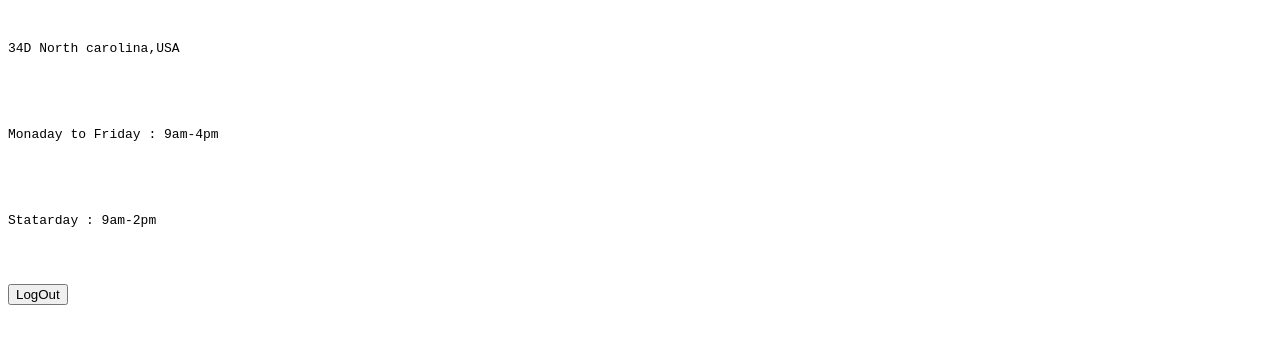
Repository: MyselfAman/Login_Page_Servlet
Page: http://localhost/Login_Page/About_Us.jsp
The author's editor kept a copy of each file at every save. The page is drawn from the files as they stood at one save, then again after the next save.
The browser window is 1280 px wide. The pictures show the whole page.
The page is served by Tomcat 9. The session is filled in as if someone had signed in: {"name": "Test User"}. Other server files are loaded and not shown.

Above is the page before, as saved 2019-08-08 05:37:34.

### Login_Page/WebContent/About_Us.jsp
<%@ page language="java" contentType="text/html; charset=ISO-8859-1"
    pageEncoding="ISO-8859-1"%>
<!DOCTYPE html>
<html>
<head>
<meta charset="ISO-8859-1">
<title>Insert title here</title>
</head>
<body>
<%
	if(session.getAttribute("name")==null)
	{
		response.sendRedirect("login.jsp");
	}
%>

<pre>
	<p>34D North carolina,USA</p><br>
	<p>Monaday to Friday : 9am-4pm</p><br>
	<p>Statarday : 9am-2pm</p><br>
</pre>

<form action="Logout">
<input type="submit" value="LogOut">
</form>

</body>

</html>

After the next save:
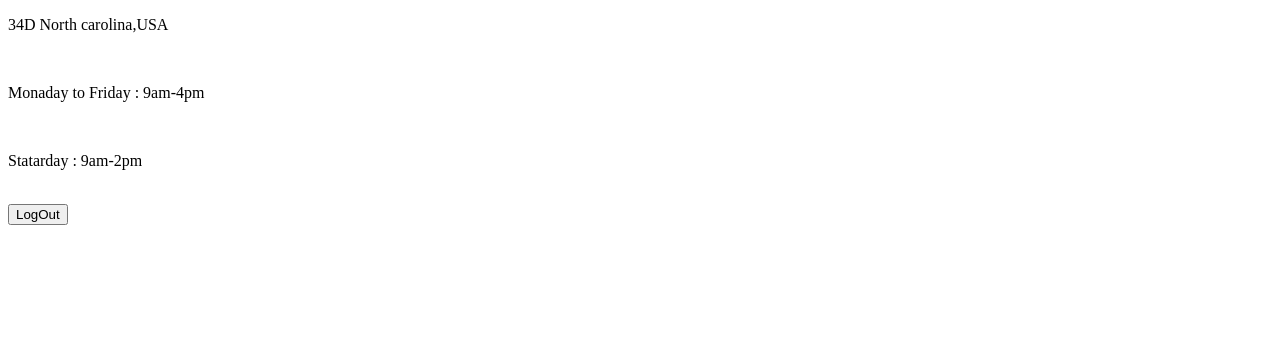
Saved 20 s later.
--- a/Login_Page/WebContent/About_Us.jsp
+++ b/Login_Page/WebContent/About_Us.jsp
@@ -14,11 +14,10 @@
 	}
 %>
 
-<pre>
 	<p>34D North carolina,USA</p><br>
 	<p>Monaday to Friday : 9am-4pm</p><br>
 	<p>Statarday : 9am-2pm</p><br>
-</pre>
+
 
 <form action="Logout">
 <input type="submit" value="LogOut">
